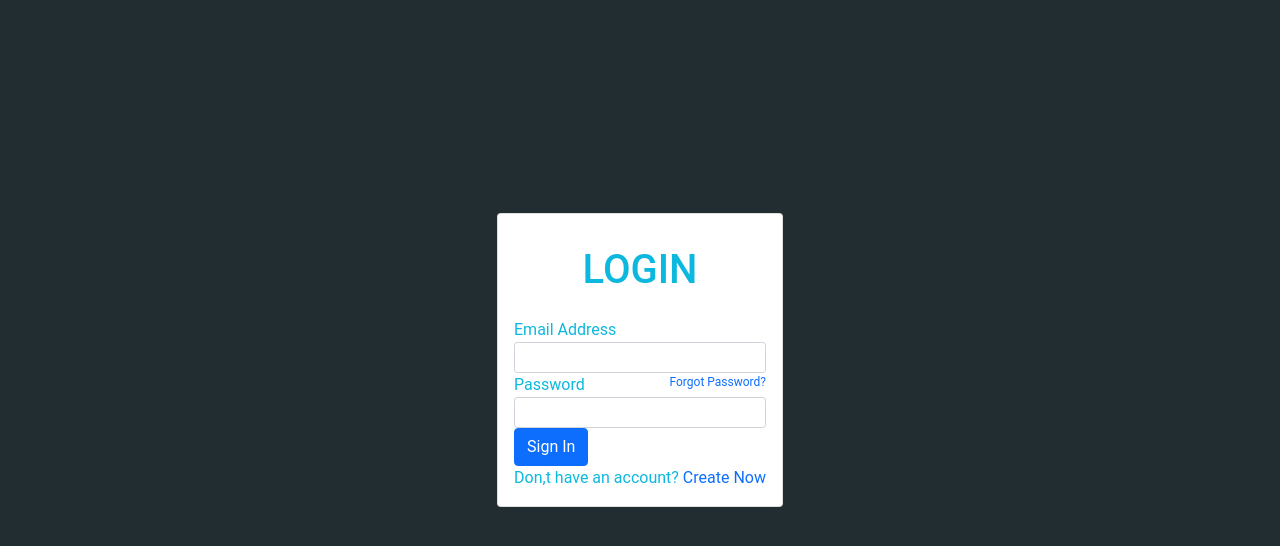
Repository: zjria/Bootstrap_logIn_1
Page: LoginPage/index.html
The author's editor kept a copy of each file at every save. The page is drawn from the files as they stood at one save, then again after the next save.
The browser window is 1280 px wide. The pictures show the whole page.

Above is the page before, as saved 2022-06-14 11:28:35.

### LoginPage/index.html
<!DOCTYPE html>
<html lang="en">
<head>
    <meta charset="UTF-8">
    <meta http-equiv="X-UA-Compatible" content="IE=edge">
    <meta name="viewport" content="width=device-width, initial-scale=1.0">
    <title>LogIn Page</title>

    <!-- Bootstrap CDN Link -->
    <link href="https://cdn.jsdelivr.net/npm/bootstrap@5.0.2/dist/css/bootstrap.min.css" rel="stylesheet" integrity="sha384-EVSTQN3/azprG1Anm3QDgpJLIm9Nao0Yz1ztcQTwFspd3yD65VohhpuuCOmLASjC" crossorigin="anonymous">

    <!-- Google Font -->
    <link rel="preconnect" href="https://fonts.googleapis.com">
    <link rel="preconnect" href="https://fonts.gstatic.com" crossorigin>
    <!-- Custom Css -->
    <link rel="stylesheet" href="style.css">
</head>
<body>
    <div class="global-container">
        <div class="card login-form">
            <div class="card-body">
                <h1 class="card-body text-center">LOGIN</h1>
                <div class="card-text">
                    <form action="#">

                        <div class="form-group">
                            <label for="exampleInputEmail1">Email Address</label>
                            <input type="email" class="form-control form-control-sm" id="exampleInputEmail1">
                        </div>

                        <div class="form-group">
                            <label for="exampleInputPassword1">Password</label>
                            <a href="#" style="float: right; font-size: 12px;" class="text-decoration-none">Forgot Password?</a>

                            <input type="password" class="form-control form-control-sm" id="exampleInputPassword1">
                        </div>

                        <button type="submit" class="btn btn-primary btn-block">Sign In</button>

                        <div class="singUp">Don,t have an account? <a href="#" class="text-decoration-none">Create Now</a></div>
                    </form>
                </div>
            </div>
        </div>
    </div>

<!-- Bootstrap JavaScript Link -->
<script src="https://cdn.jsdelivr.net/npm/bootstrap@5.0.2/dist/js/bootstrap.bundle.min.js" integrity="sha384-MrcW6ZMFYlzcLA8Nl+NtUVF0sA7MsXsP1UyJoMp4YLEuNSfAP+JcXn/tWtIaxVXM" crossorigin="anonymous"></script>

</body>
</html>

### LoginPage/style.css
body, html{
    font-family: 'Roboto', sans-serif;
    height: 100%;
    background-color: #222d32 !important;
}
.global-container{
    height: 100%;
    display: flex;
    align-items: center;
    justify-content: center;
    color: #0db8de;
}

After the next save:
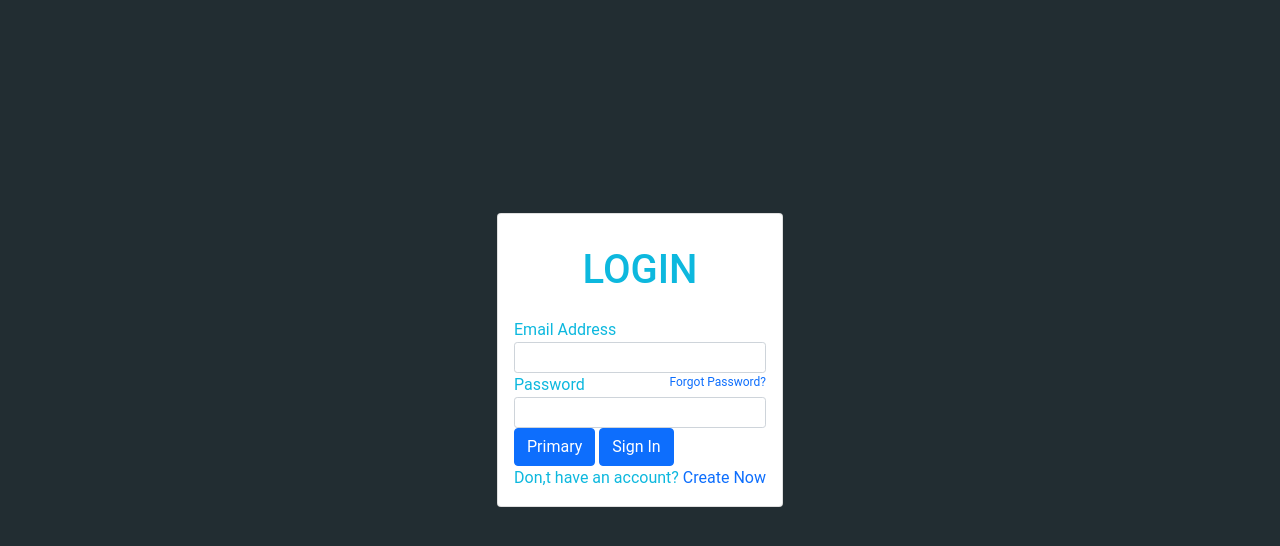
Saved 59 s later.
--- a/LoginPage/index.html
+++ b/LoginPage/index.html
@@ -35,6 +35,8 @@
                             <input type="password" class="form-control form-control-sm" id="exampleInputPassword1">
                         </div>
 
+                        <button type="button" class="btn btn-primary">Primary</button>
+
                         <button type="submit" class="btn btn-primary btn-block">Sign In</button>
 
                         <div class="singUp">Don,t have an account? <a href="#" class="text-decoration-none">Create Now</a></div>
